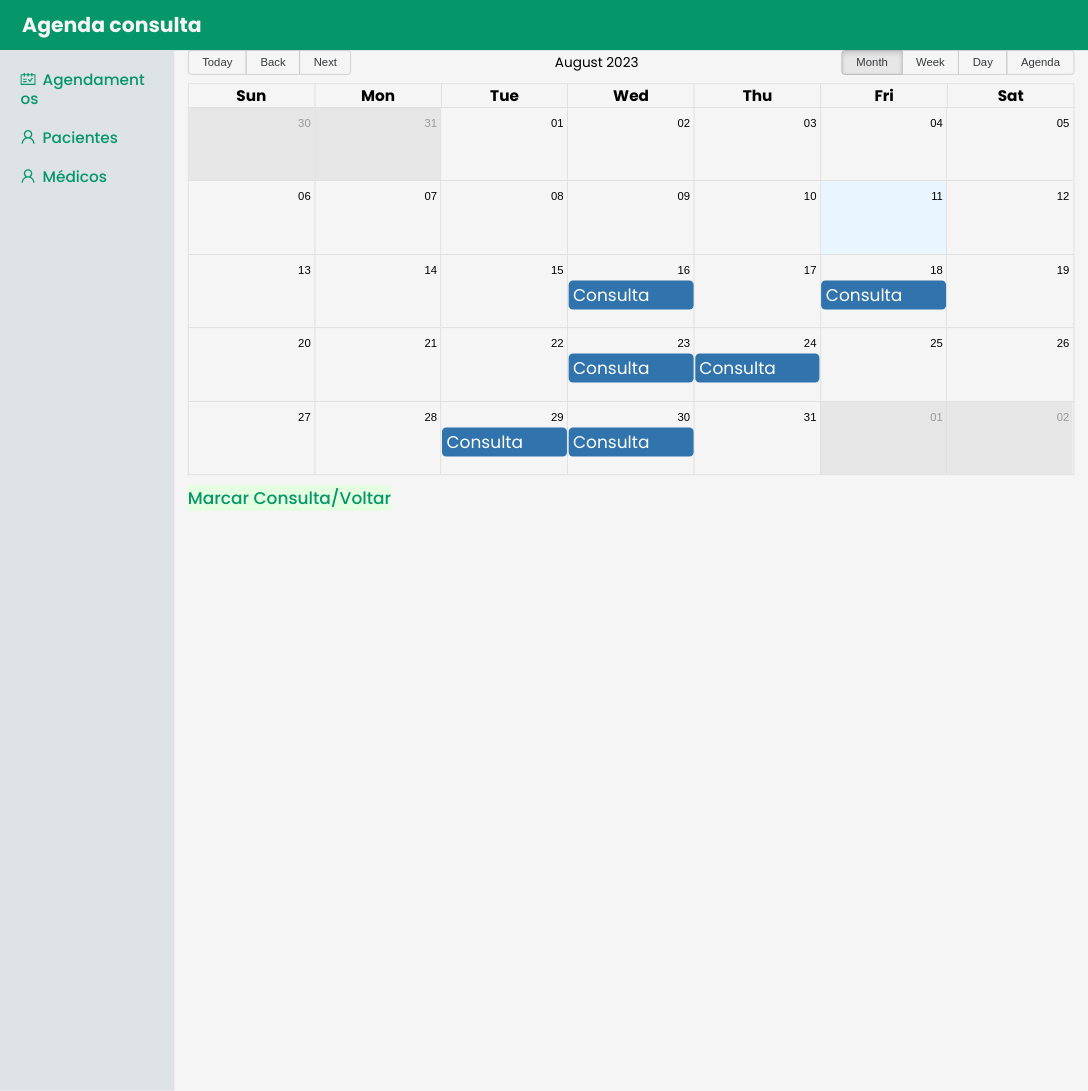
Repository: BarbaraCD/agendaconsulta
Page: /appointments/calendar
The author's editor kept a copy of each file at every save. The page is drawn from the files as they stood at one save, then again after the next save.
The browser window is 1280 px wide. The pictures show the whole page, at 85% of full size.
The project was rebuilt for these pictures with package versions that can differ from the ones it lists, and the page was loaded fresh each time. Requests to the local data server were answered from the project's data file. Also part of the build but not shown: vite.config.ts, src/styles/StyleList.ts, src/components/Doctors.tsx, src/styles/InputContainer.ts, src/components/InputDoctors.tsx, src/components/SubmitButton.tsx, src/styles/CreateContainer.ts, src/components/CreateDoctor.tsx and 4 more.

Above is the page before, as saved 2023-08-11 15:08:14.

### index.html
<!DOCTYPE html>
<html lang="en">
  <head>
    <meta charset="UTF-8" />
    <link rel="icon" type="image/svg+xml" href="/vite.svg" />
    <meta name="viewport" content="width=device-width, initial-scale=1.0" />

    <link rel="preconnect" href="https://fonts.googleapis.com">
    <link rel="preconnect" href="https://fonts.gstatic.com" crossorigin>
    <link href="https://fonts.googleapis.com/css2?family=Poppins:wght@400;500;700&display=swap" rel="stylesheet">

    <title>Agendamento de Consulta</title>
  </head>
  <body>
    <div id="root"></div>
    <script type="module" src="/src/main.tsx"></script>
  </body>
</html>

### src/main.tsx
/* eslint-disable @typescript-eslint/no-non-null-assertion */
import React from 'react'
import ReactDOM from 'react-dom/client'
import { ThemeProvider } from 'styled-components'
import GlobalStyle, { Container, Content } from './styles/global'
import { theme } from './styles/Theme.ts'
import App from './App.tsx'
import { Routes } from './routes/index.tsx'
import { Header } from './components/Header.tsx'
import { Provider } from 'react-redux'
import store from './store/index.ts'
import { BrowserRouter } from 'react-router-dom'

ReactDOM.createRoot(document.getElementById('root')!).render(
  <React.StrictMode>
    <Provider store={store}>
      <ThemeProvider theme={theme}>
        <GlobalStyle />
        <BrowserRouter>
          <Header />
          <Container>
            <App />
            <Content>
              <Routes />
            </Content>
          </Container>
        </BrowserRouter>
      </ThemeProvider>
    </Provider>
  </React.StrictMode>,
)

### src/styles/global.ts
import styled, { createGlobalStyle } from 'styled-components'

export default createGlobalStyle`
  *{
    margin: 0;
    padding: 0;
    box-sizing: border-box;

  }
  body{
    height: 100%;
    font-family: 'Poppins', sans-serif;
    background: ${(props) => props.theme.colors.white};
    font-size: ${(props) => props.theme.size.xl};
  }
`

export const Container = styled.div`
  display: flex;
`

export const SidebarGlobal = styled.div`
  width: 16%;
`

export const Content = styled.div`
  flex: 1;
  margin: 0 16px;
`

### src/styles/Theme.ts
export const theme = {
  colors: {
    primary: '#059669',
    head: '#059669B3',
    100: '#E4FFE1',

    sbcolor: '#DCE2E6',
    gray: '#41414D',
    black: '#000',
    white: '#f5f5f5',
  },
  size: {
    sm: '14px',
    md: '16px',
    lg: '18px',
    xl: '20px',
    xxl: '24px',
  },
}

### src/App.tsx
import { SidebarGlobal } from './styles/global'
import { Sidebar } from './components/Sidebar'

export default function App() {
  return (
    <SidebarGlobal>
      <Sidebar />
    </SidebarGlobal>
  )
}

### src/routes/index.tsx
import { AppRoutes } from './app.routes'

export function Routes() {
  return (
    <>
      <AppRoutes />
    </>
  )
}

### src/components/Header.tsx
import { Link } from 'react-router-dom'
import { styled } from 'styled-components'

const Container = styled.div`
  background-color: ${(props) => props.theme.colors.primary};
  padding: 12px 16px;
  min-width: 80vw;
  font-weight: 700;
`

const StyleRoute = styled(Link)`
  text-decoration: none;
  font-size: ${(props) => props.theme.size.xxl};
  color: ${(props) => props.theme.colors.white};
  padding-left: 10px;
  align-items: center;
  justify-content: center;
  word-break: normal;
`

export function Header() {
  return (
    <Container>
      <StyleRoute to="/">Agenda consulta</StyleRoute>
    </Container>
  )
}

### src/store/index.ts
import { configureStore, ThunkAction, Action } from '@reduxjs/toolkit'
import appointmentReducer from '../features/appointments/appointmentsSlice'

const store = configureStore({
  reducer: {
    appointment: appointmentReducer,
  },
})

export type RootState = ReturnType<typeof store.getState>
export type AppThunk<ReturnType = void> = ThunkAction<
  ReturnType,
  RootState,
  unknown,
  Action<string>
>

export default store

### src/components/Sidebar.tsx
import { ScheduleOutlined, UserOutlined } from '@ant-design/icons'
import { StyledSidebar, StyledList } from '../styles/SidebarStyled'
import { Link } from 'react-router-dom'

export function Sidebar() {
  return (
    <StyledSidebar>
      <StyledList>
        <li>
          <ScheduleOutlined style={{ color: '#059669' }} />
          <Link to="/appointments/new">Agendamentos</Link>
        </li>
        <li>
          <UserOutlined style={{ color: '#059669' }} />
          <Link to="/patients">Pacientes</Link>
        </li>
        <li>
          <UserOutlined style={{ color: '#059669' }} />
          <Link to="/doctors">Médicos</Link>
        </li>
      </StyledList>
    </StyledSidebar>
  )
}

### src/routes/app.routes.tsx
import { Routes, Route } from 'react-router-dom'

import { CreateDoctor } from '../components/CreateDoctor'
import { CreatePatient } from '../components/CreatePatient'
import { App } from 'antd'
import { AppointmentsCalendar } from '../components/Calendar'
import { CreateAppointments } from '../components/Appointments'

export function AppRoutes() {
  return (
    <Routes>
      <Route path="/" element={<App />} />
      <Route path="/patients" element={<CreatePatient />} />
      <Route path="/doctors" element={<CreateDoctor />} />
      <Route path="/appointments/new" element={<CreateAppointments />} />
      <Route path="/appointments/:id/edit" element={<CreateAppointments />} />
      <Route path="/appointments/calendar" element={<AppointmentsCalendar />} />
    </Routes>
  )
}

### src/features/appointments/appointmentsSlice.ts
import { createSlice, PayloadAction, CaseReducer } from '@reduxjs/toolkit'
import { AppointmentsProps } from '../../components/Appointments'

interface AppointmentState {
  appointments: AppointmentsProps[]
}

const initialState: AppointmentState = {
  appointments: [],
}

const appointmentSlice = createSlice({
  name: 'appointment',
  initialState,
  reducers: {
    addAppointment: (state, action: PayloadAction<AppointmentsProps>) => {
      state.appointments.push(action.payload)
    },
  },
})

export const { addAppointment } = appointmentSlice.actions

export type AppointmentAction = ReturnType<
  CaseReducer<typeof appointmentSlice.reducer>
>

export default appointmentSlice.reducer

### src/styles/SidebarStyled.ts
import styled from 'styled-components'

export const StyledSidebar = styled.div`
  display: flex;
  flex-direction: column;
  background-color: ${(props) => props.theme.colors.sbcolor};
  color: ${(props) => props.theme.colors.black};
  font-size: ${(props) => props.theme.size.lg};
  font-weight: 500;
  justify-content: flex-start;
  align-items: flex-start;
  overflow: auto;
  height: 170vh;

  @media (max-width: 768px) {
    width: 100%;
    height: 650vh;
  }
`

export const StyledList = styled.ul`
  list-style: none;
  padding: 12px;

  li {
    cursor: pointer;
    padding: 12px;
    line-height: 22px;
  }

  a {
    text-decoration: none;
    color: ${(props) => props.theme.colors.primary};
    margin: 8px;
    word-break: break-all;
  }
`

### src/components/Calendar.tsx
/* eslint-disable @typescript-eslint/no-non-null-assertion */
import { useEffect, useState } from 'react'
import moment from 'moment'
import { Calendar, momentLocalizer } from 'react-big-calendar'
import 'react-big-calendar/lib/css/react-big-calendar.css'
import {
  deleteAppointment,
  getAppointment,
} from '../services/appointment.services'
import {
  CalendarStyled,
  ApFooter,
  StyledLink,
  StyledModal,
} from '../styles/Appointments'
import { AppointmentsProps } from './Appointments'
import { getDoctorById } from '../services/doctor.services'
import { getPatientById } from '../services/patient.services'
import { DeleteOutlined, EditOutlined } from '@ant-design/icons'
import { PatientsTypes } from '../model/patients'
import { DoctorsTypes } from '../model/doctors'

const localizer = momentLocalizer(moment)

interface Event {
  title: string
  start: Date
  end: Date
}

type SelectedAppointmentType = AppointmentsProps & {
  doctor: DoctorsTypes
  patient: PatientsTypes
}

export const AppointmentsCalendar = () => {
  const [appointments, setAppointments] = useState<AppointmentsProps[]>([])
  const [selectedAppointment, setSelectedAppointment] =
    useState<SelectedAppointmentType | null>(null)
  const [selectedAppointmentId, setSelectedAppointmentId] = useState<
    number | null
  >(null)
  const [modalVisible, setModalVisible] = useState(false)
  const [showDeleteConfirmation, setShowDeleteConfirmation] = useState(false)

  useEffect(() => {
    fetchAppointments().catch((error) => {
      console.error('Error fetching Appointments:', error)
    })
  }, [])

  async function fetchAppointments() {
    try {
      const response: AppointmentsProps[] = await getAppointment()
      setAppointments(response)
    } catch (error) {
      console.error('Error fetching Appointments:', error)
    }
  }

  const availableEvents: Event[] = appointments.map((appointment) => ({
    title: 'Consulta',
    start: new Date(appointment.date),
    end: moment(appointment.date).add(55, 'minutes').toDate(),
  }))

  const handleSelectEvent = async (event: Event) => {
    const selected = appointments.find((appointment) =>
      moment(appointment.date).isSame(event.start),
    )
    if (selected) {
      const doctor = await getDoctorById(selected.doctorID)
      const patient = await getPatientById(selected.patientID)

      setSelectedAppointment({
        ...selected,
        doctor,
        patient,
      })
    }
    setModalVisible(true)
  }

  const closeModal = () => {
    setModalVisible(false)
    setSelectedAppointment(null)
  }

  const handleDeleteAppointment = (id: number) => {
    setSelectedAppointmentId(id)
    setShowDeleteConfirmation(true)
  }

  const confirmDelete = async (id: number) => {
    await deleteAppointment(id)
    await fetchAppointments()
    closeModal()
    setShowDeleteConfirmation(false)
  }

  const cancelDelete = () => {
    setSelectedAppointmentId(null)
    setShowDeleteConfirmation(false)
  }

  return (
    <CalendarStyled>
      <Calendar
        localizer={localizer}
        events={availableEvents}
        defaultView="month"
        selectable
        popup
        style={{ height: 500 }}
        onSelectEvent={handleSelectEvent}
      />
      <ApFooter>
        <StyledLink to="/appointments/new">Marcar Consulta/Voltar</StyledLink>
      </ApFooter>

      <StyledModal
        title={<h3>Detalhes da Consulta</h3>}
        open={modalVisible}
        onCancel={closeModal}
        footer={null}
      >
        {selectedAppointment && (
          <div>
            <p>Médico: {selectedAppointment.doctor.name}</p>
            <p>Paciente: {selectedAppointment.patient.name}</p>
            <p>
              Data:{' '}
              {moment(selectedAppointment.date).format('DD/MM/YYYY HH:mm')}
            </p>
            <p>Sintomas: {selectedAppointment.symptoms}</p>
            <div>
              <button>
                <StyledLink to={`/appointments/${selectedAppointment.id}/edit`}>
                  <EditOutlined />
                </StyledLink>
              </button>
              <button
                onClick={() => handleDeleteAppointment(selectedAppointment.id)}
              >
                <DeleteOutlined />
              </button>
            </div>
          </div>
        )}

        {showDeleteConfirmation && (
          <div>
            <p>Tem certeza que deseja excluir?</p>
            <button onClick={() => confirmDelete(selectedAppointmentId!)}>
              Sim
            </button>
            <button onClick={() => cancelDelete()}>Não</button>
          </div>
        )}
      </StyledModal>
    </CalendarStyled>
  )
}

### src/services/doctor.services.ts
import { DoctorsProps } from '../components/Doctors'
import { api } from './ApiConfig'

export async function getDoctors(): Promise<DoctorsProps[]> {
  try {
    const response = await api.get('/doctor')
    // eslint-disable-next-line @typescript-eslint/no-unsafe-return
    return response.data
  } catch (error) {
    throw new Error('Erro ao obter dados dos pacientes:')
  }
}

export async function getDoctorById(id: number): Promise<DoctorsProps> {
  try {
    const response = await api.get(`/doctor/${id}`)
    // eslint-disable-next-line @typescript-eslint/no-unsafe-return
    return response.data
  } catch (error) {
    throw new Error('Erro ao obter dados dos Medicos:')
  }
}

export async function createDoctor(
  name: string,
  crm: number,
  specialization: string,
) {
  return api.post('/doctor', {
    name,
    crm,
    specialization,
  })
}

export async function updateDoctor(id: number, data: DoctorsProps) {
  try {
    const response = await api.put(`/doctor/${id}`, data)
    // eslint-disable-next-line @typescript-eslint/no-unsafe-return
    return response.data
  } catch (error) {
    throw new Error('Erro ao obter dados dos pacientes:')
  }
}

export async function deleteDoctor(id: number) {
  return await api.delete(`/doctor/${id}`)
}

### src/styles/Appointments.ts
import { Modal } from 'antd'
import DatePicker from 'react-datepicker'
import { Link } from 'react-router-dom'
import { styled } from 'styled-components'

export const StyledAppointments = styled.div`
  color: ${(props) => props.theme.colors.black};
  font-size: ${(props) => props.theme.size.md};
  padding: 20px 0;
  overflow: hidden;
  word-break: break-all;
`

export const APBody = styled.div`
  display: flex;
  flex-direction: column;
  gap: 20px;
  word-break: break-all;
  margin-bottom: 12px;

  h3 {
    font-size: ${(props) => props.theme.size.xl};
    background-color: ${(props) => props.theme.colors[100]};
    color: ${(props) => props.theme.colors.primary};
    margin-bottom: 12px;
    word-break: break-all;
  }
`
export const ApFooter = styled.div`
  display: flex;
  align-items: center;
  justify-content: space-between;
  word-break: break-all;
  margin-bottom: 8px;
`

export const StyledLink = styled(Link)`
  text-decoration: none;
  color: ${(props) => props.theme.colors.primary};
  background-color: ${(props) => props.theme.colors[100]};
  font-weight: 500;
  border-radius: 4px;
  margin-top: 12px;
  word-break: break-all;
`

export const StyledLink2 = styled(Link)`
  text-decoration: none;
  color: ${(props) => props.theme.colors.sbcolor};
  background-color: red;
  font-weight: 500;
  border-radius: 4px;
  margin-top: 24px;
  padding: 8px;
`

export const CalendarStyled = styled.div`
  display: block;
`

export const StyledModal = styled(Modal)`
  color: ${(props) => props.theme.colors.primary};

  h3 {
    background-color: ${(props) => props.theme.colors[100]};
    color: ${(props) => props.theme.colors.primary};
    font-size: ${(props) => props.theme.size.xl};
    padding: 10px;
    text-align: center;
    margin-bottom: 8px;
  }

  p {
    margin-left: 8px;
    font-size: ${(props) => props.theme.size.lg};
  }

  button {
    margin: 8px;
    padding: 4px;
    cursor: pointer;
    border: none;
    font-weight: 500;
    color: ${(props) => props.theme.colors.primary};
    background-color: ${(props) => props.theme.colors[100]};
    font-size: ${(props) => props.theme.size.lg};
  }
`

export const StyledDatepicker = styled(DatePicker)`
  width: 100%;
  border: 1px solid lightgray;
  border-radius: 4px;
  padding: 8px;
  text-decoration: 1px solid lightgray;
`

### src/services/patient.services.ts
import { PatientsProps } from '../components/Patients'
import { api } from './ApiConfig'

export async function getPatient(): Promise<PatientsProps[]> {
  try {
    const response = await api.get('/patient')
    // eslint-disable-next-line @typescript-eslint/no-unsafe-return
    return response.data
  } catch (error) {
    throw new Error('Erro ao obter dados dos pacientes:')
  }
}

export async function getPatientById(id: number): Promise<PatientsProps> {
  try {
    const response = await api.get(`/patient/${id}`)
    // eslint-disable-next-line @typescript-eslint/no-unsafe-return
    return response.data
  } catch (error) {
    throw new Error('Erro ao obter dados dos pacientes:')
  }
}

export async function createPatient(
  name: string,
  age: number,
  telephone: number,
  email: string,
) {
  return api.post('/patient', {
    name,
    age,
    telephone,
    email,
  })
}

export async function updatePatient(id: number, data: PatientsProps) {
  try {
    const response = await api.put(`/patient/${id}`, data)
    // eslint-disable-next-line @typescript-eslint/no-unsafe-return
    return response.data
  } catch (error) {
    throw new Error('Erro ao obter dados dos pacientes:')
  }
}

export async function deletePatient(id: number) {
  return await api.delete(`/patient/${id}`)
}

### src/services/appointment.services.ts
import { AppointmentsProps } from '../components/Appointments'
import { api } from './ApiConfig'

export async function getAppointment(): Promise<AppointmentsProps[]> {
  try {
    const response = await api.get('/appointment')
    // eslint-disable-next-line @typescript-eslint/no-unsafe-return
    return response.data
  } catch (error) {
    throw new Error('Erro ao obter dados dos agendamentos:')
  }
}

export async function getAppointmentById(
  id: number,
): Promise<AppointmentsProps> {
  try {
    const response = await api.get(`/appointment/${id}`)
    // eslint-disable-next-line @typescript-eslint/no-unsafe-return
    return response.data
  } catch (error) {
    throw new Error('Erro ao obter dados dos agendamentos:')
  }
}

export async function createAppointment(newAppointment: AppointmentsProps) {
  return api.post('/appointment', newAppointment)
}

export async function updateAppointment(id: string, data: AppointmentsProps) {
  try {
    const response = await api.put(`/appointment/${id}`, data)
    // eslint-disable-next-line @typescript-eslint/no-unsafe-return
    return response.data
  } catch (error) {
    throw new Error('Erro ao obter dados da consulta:')
  }
}

export async function deleteAppointment(id: number) {
  return await api.delete(`/appointment/${id}`)
}

Loaded but not shown: src/services/ApiConfig.ts (common file); db/db.json (129 lines, source omitted)

After the next save:
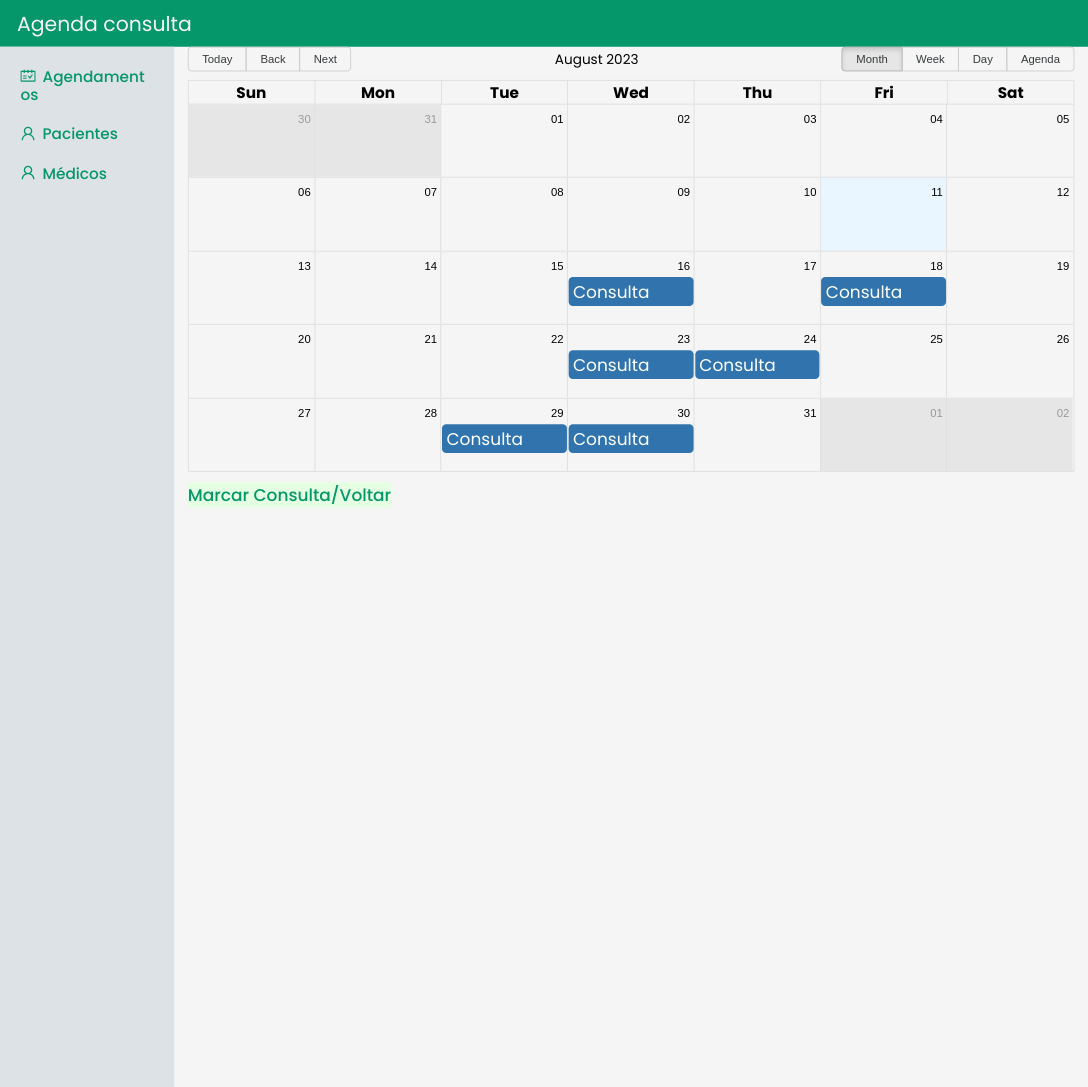
Saved 15 s later.
--- a/src/components/Header.tsx
+++ b/src/components/Header.tsx
@@ -3,9 +3,8 @@
 
 const Container = styled.div`
   background-color: ${(props) => props.theme.colors.primary};
-  padding: 12px 16px;
-  min-width: 80vw;
-  font-weight: 700;
+  padding: 10px;
+  width: 100%;
 `
 
 const StyleRoute = styled(Link)`

After the 4 saves that followed:
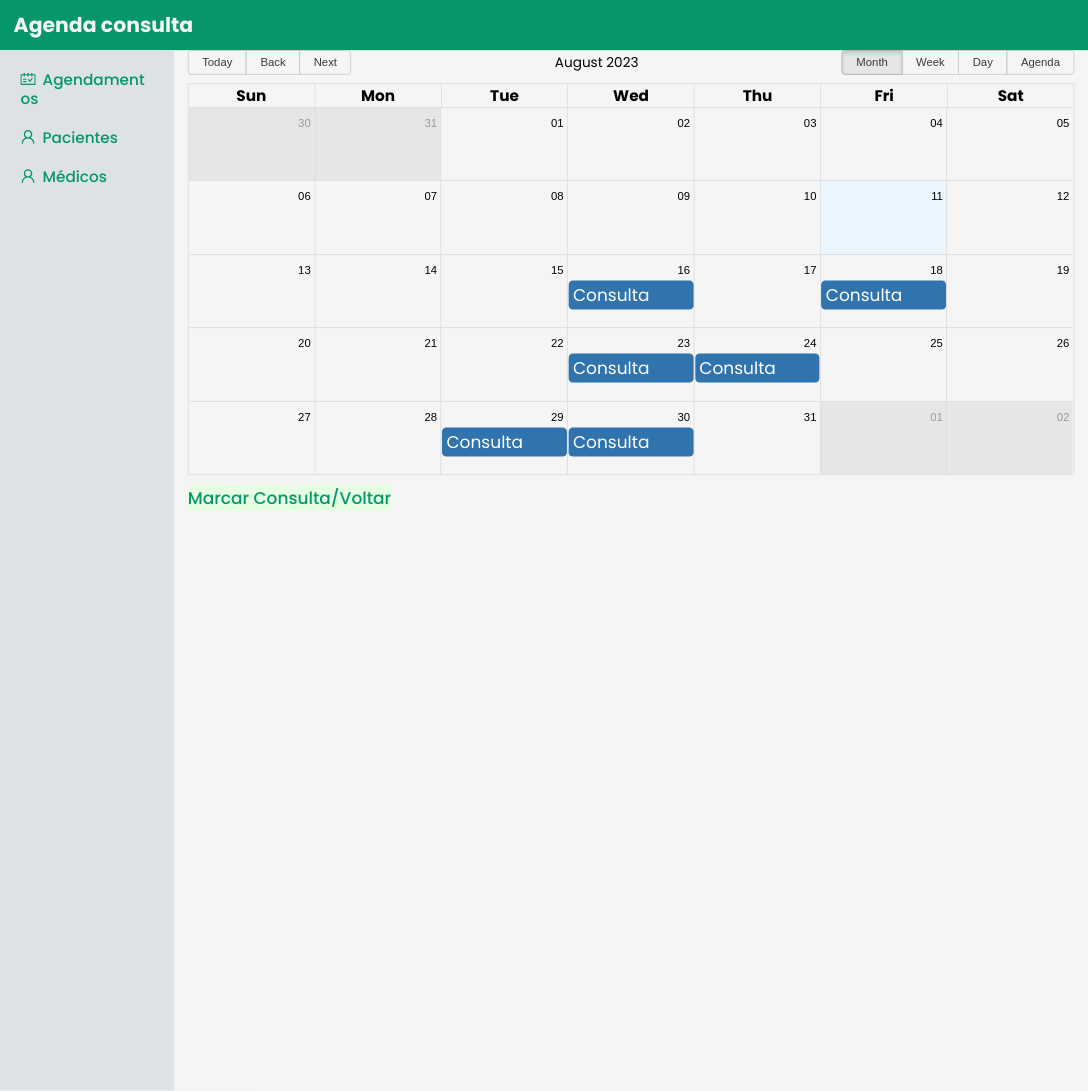
The 4 saves are shown as one change because 3 left the picture as it was.
The last was saved 3 min 20 s later.
--- a/src/styles/global.ts
+++ b/src/styles/global.ts
@@ -17,6 +17,7 @@ export default createGlobalStyle`
 
 export const Container = styled.div`
   display: flex;
+  min-width: 80px;
 `
 
 export const SidebarGlobal = styled.div`
@@ -26,4 +27,5 @@ export const SidebarGlobal = styled.div`
 export const Content = styled.div`
   flex: 1;
   margin: 0 16px;
+  min-width: 80px;
 `
--- a/src/components/Header.tsx
+++ b/src/components/Header.tsx
@@ -3,17 +3,16 @@
 
 const Container = styled.div`
   background-color: ${(props) => props.theme.colors.primary};
-  padding: 10px;
-  width: 100%;
+  padding: 12px 16px;
+  min-width: 80vw;
+  font-weight: 700;
 `
 
 const StyleRoute = styled(Link)`
   text-decoration: none;
   font-size: ${(props) => props.theme.size.xxl};
   color: ${(props) => props.theme.colors.white};
-  padding-left: 10px;
-  align-items: center;
-  justify-content: center;
+  overflow: visible;
   word-break: normal;
 `
 
